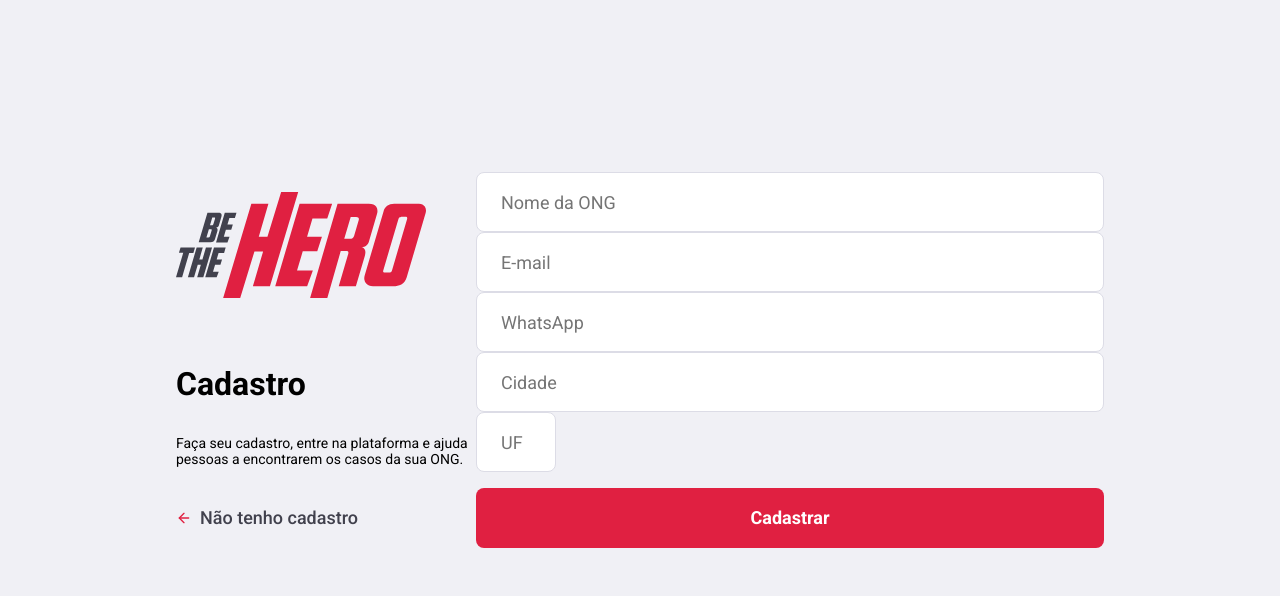
Repository: pedroevangelista/be-the-hero
Page: /register (app in frontend/)
The author's editor kept a copy of each file at every save. The page is drawn from the files as they stood at one save, then again after the next save.
The browser window is 1280 px wide. The pictures show the whole page.
The project was rebuilt for these pictures with package versions that can differ from the ones it lists, and the page was loaded fresh each time. Also part of the build but not shown: frontend/src/pages/Logon/styles.css, frontend/src/pages/Logon/index.js.

Above is the page before, as saved 2020-03-25 14:17:53.

### frontend/src/App.js
import React from 'react';
import './global.css'
import Routes from './routes';

function App() {

  return (
    <Routes />
  );
}

export default App;

### frontend/src/global.css
@import url('https://fonts.googleapis.com/css?family=Roboto:400,500,700&display=swap');

* {
    margin: 0;
    padding: 0;
    outline: 0;
    box-sizing: border-box;
}

body {
    font: 400 14px Roboto, sans-serif;
    background: #f0f0f5;
    -webkit-font-smoothing: antialiased;
}

input, button, textarea {
    font: 400 18px Roboto, sans-serif;
}

button {
    cursor: pointer
}

form input {
    width: 100%;
    height: 60px;
    color: #333;
    border: 1px solid #dcdce6;
    border-radius: 8px;
    padding: 0 24px;
}

.button {
    width: 100%;
    height: 60px;
    background: #e02041;
    border: 0;
    border-radius: 8px;
    color: #FFF;
    font-weight: 700;
    margin-top: 16px;
    display: inline-block;
    text-align: center;
    text-decoration: none;
    font-size: 18px;
    line-height: 60px;
    transition: filter 0.2s;
}

.button:hover {
    filter: brightness(90%);
}

.back-link {
    display: flex;
    align-items: center;
    margin-top: 40px;
    color: #41414d;
    font-size: 18px;
    text-decoration: none;
    font-weight: 500;
    transition: opacity 0.2s;
}

.back-link svg {
    margin-right: 8px;
}

.back-link:hover {
    opacity: 0.8;
}

### frontend/src/routes.js
import React from 'react';
import { BrowserRouter, Route, Switch } from 'react-router-dom';

import Logon from './pages/Logon';
import Register from './pages/Register';

export default function Routes() {
    return (
        <BrowserRouter>
            <Switch>
                <Route path="/" exact component={Logon}></Route>
                <Route path="/register" component={Register}></Route>
            </Switch>
        </BrowserRouter>
    );
}

### frontend/src/pages/Register/index.js
import React from 'react';
import { Link } from 'react-router-dom';
import { FiArrowLeft } from 'react-icons/fi';
import './styles.css'
import logoImg from '../../assets/logo.svg';

export default function Register() {
    return (
        <div className="register-container">
            <div className="content">
                <section>
                    <img src={logoImg} alt="Be The Hero" />

                    <h1>Cadastro</h1>
                    <p>Faça seu cadastro, entre na plataforma e ajuda pessoas a encontrarem os casos da sua ONG.</p>

                    <Link className="back-link" to="/register">
                        <FiArrowLeft size="16" color="#e02041" />
                        Não tenho cadastro
                    </Link>
                </section>

                <form action="">
                    <input placeholder="Nome da ONG" />
                    <input type="email" placeholder="E-mail" />
                    <input placeholder="WhatsApp" />

                    <div className="input-group">
                        <input placeholder="Cidade" />
                        <input placeholder="UF" style={ { width: 80 } } />
                    </div>

                    <button className="button" type="submit">Cadastrar</button>
                </form>
            </div>
        </div>
    );

}

### frontend/src/pages/Register/styles.css
.register-container {
    width: 100%;
    max-width: 1120px;
    height: 100vh;
    margin: 0 auto;
    display: flex;
    align-items: center;
    justify-content: center;
}

.register-container .content {
    width: 100%;
    padding: 96px;
    background: 0 0 100px rgba(0, 0, 0, 0.1);
    border-radius: 8px;
    display: flex;
    justify-content: space-between;
    align-items: center;
}

.register-container .content section {
    width: 100%;
    max-width: 300px;
}

.register-container .content section h1 {
    margin: 64px 0 32px;
    font-size: 32px;
}

Loaded but not shown: frontend/public/index.html (common file); frontend/src/index.js (common file)

After the next save:
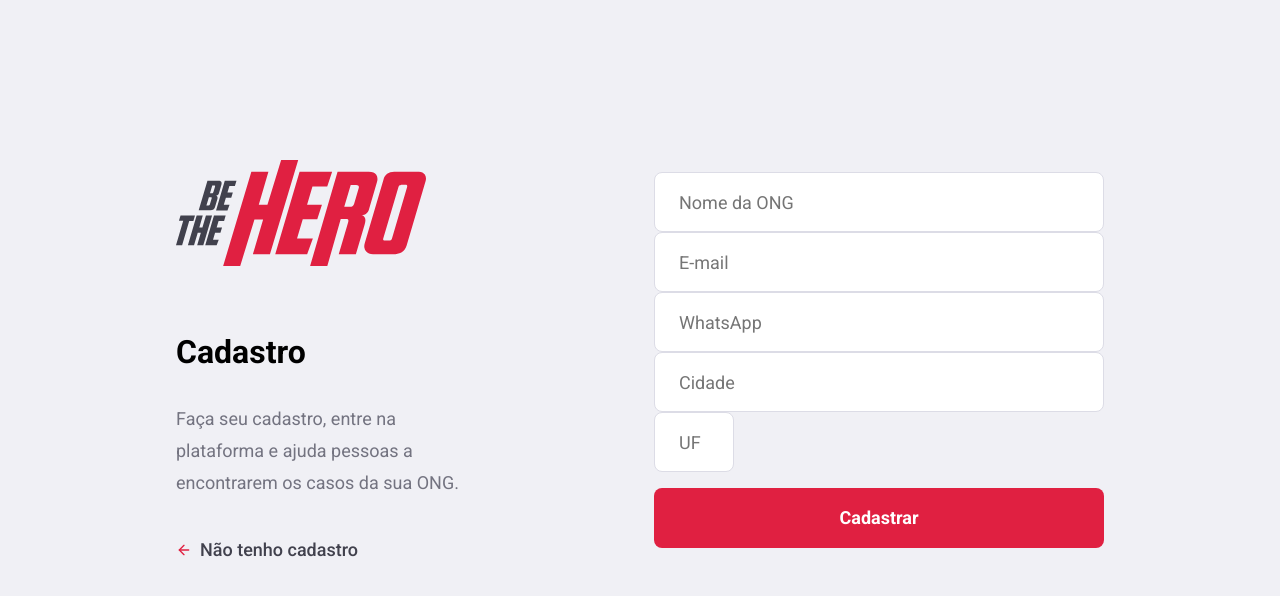
Saved 65 s later.
--- a/frontend/src/pages/Register/styles.css
+++ b/frontend/src/pages/Register/styles.css
@@ -27,3 +27,14 @@
     margin: 64px 0 32px;
     font-size: 32px;
 }
+
+.register-container .content section p {
+    font-size: 18px;
+    color: #737380;
+    line-height: 32px;
+}
+
+.register-container .content form {
+    width: 100%;
+    max-width: 450px;
+}
